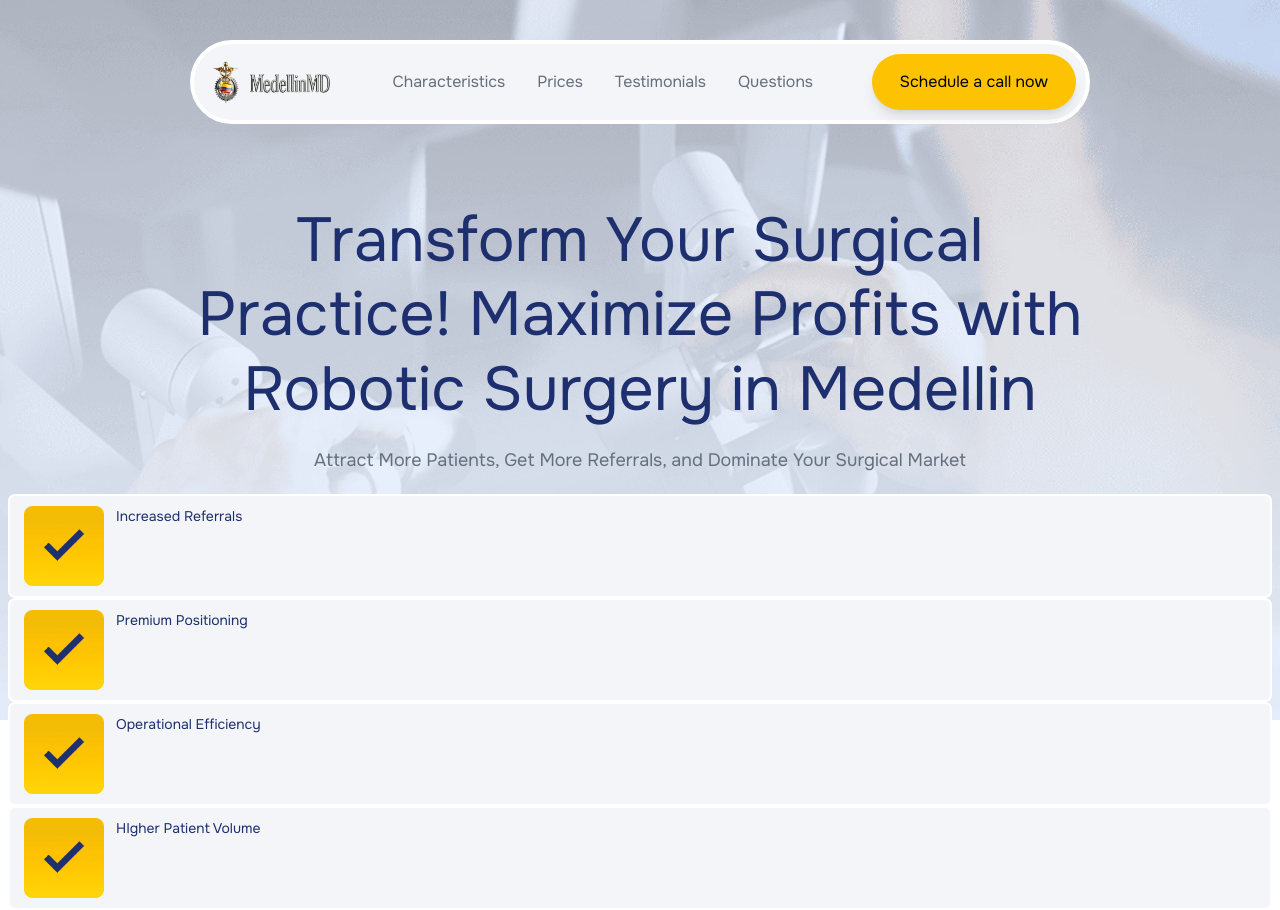
Repository: emmanueltech2019/cmd
Page: /home
An editor plug-in stored every save of this project. The page is shown before and after the next save, followed by the edit.
The browser window is 1280 px wide. The pictures show the whole page.
The project was rebuilt for these pictures with package versions that can differ from the ones it lists, and the page was loaded fresh each time. The framework's server and built-in components were replaced by stand-ins that run in the browser. Also part of the build but not shown: next.config.mjs.

Above is the page before, as saved 2025-05-15 16:14:16.

### src/app/home/page.jsx
import React from 'react'
import Image from 'next/image'
import medellinHero from '@/images/jpg/medellinHero.jpg'
import medellinLogo from '@/images/png/medellinLogo.png'
import medellinCheck from '@/images/png/medellinCheck.png'
import SlideView from '../components/SlideView'
import Button from '../components/Button'

const page = () => {
  return (
    <>
        <div className={`h-screen w-full`}
            style={{
                backgroundImage: `url(${medellinHero.src})`,
                backgroundSize: 'cover',
                backgroundPosition: 'center',
                backgroundRepeat: 'no-repeat',
            }}
        >
            <nav className='py-5'>
                <div className="w-web-navwidth mx-auto bg-web-navwhite backdrop-blur-md p-web-nav-padding flex justify-between items-center rounded-web-radius border-white border-4 my-5">
                    <div className="w-web-logowidth h-web-logoheight flex justify-center items-center">
                        <Image src={medellinLogo} width={100} height={100} alt='medellin logo' className='w-full' />
                    </div>
                    <ul className="flex gap-web-navgap items-center text-navfontsize">
                        <li>
                            <button className='p-web-nav-padding bg-transparent hover:bg-web-blue text-web-navgray hover:text-white transition-all duration-500 rounded-web-navbtnradius'>Characteristics</button>
                        </li>
                        <li>
                            <button className='p-web-nav-padding bg-transparent hover:bg-web-blue text-web-navgray hover:text-white transition-all duration-500 rounded-web-navbtnradius'>Prices</button>
                        </li>
                        <li>
                            <button className='p-web-nav-padding bg-transparent hover:bg-web-blue text-web-navgray hover:text-white transition-all duration-500 rounded-web-navbtnradius'>Testimonials</button>
                        </li>
                        <li>
                            <button className='p-web-nav-padding bg-transparent hover:bg-web-blue text-web-navgray hover:text-white transition-all duration-500 rounded-web-navbtnradius'>Questions</button>
                        </li>
                    </ul>
                    <Button className='bg-web-yellow hover:bg-web-blue py-4 px-7 transition-all duration-500 hover:text-white shadow-lg rounded-web-radius'>Schedule a call now</Button>
                </div>
            </nav>
            <div className="mt-10 w-[100%] md:w-[70%] mx-auto">
                <h1 className="text-center text-web-blue text-webhero-font leading-webhero-lineheight">Transform Your Surgical Practice! Maximize Profits with Robotic Surgery in Medellin</h1>
                <p className='text-websubhero-font text-web-navgray text-center py-5'>Attract More Patients, Get More Referrals, and Dominate Your Surgical Market</p>
            </div>
            <div className="whitespace-nowrap">
                <SlideView>
                    <div className="flex gap-3">
                        <Image src={medellinCheck} alt='medellin check' width={100} height={100} className='w-20' />
                        Increased Referrals
                    </div>
                </SlideView>
                <SlideView>
                    <div className="flex gap-3">
                        <Image className='w-20' src={medellinCheck} alt='medellin check' width={100} height={100} />
                        Premium Positioning
                    </div>
                </SlideView>
                <SlideView>
                    <div className="flex gap-3">
                        <Image className='w-20' src={medellinCheck} alt='medellin check' width={100} height={100} />
                        Operational Efficiency
                    </div>
                </SlideView>
                <SlideView>
                    <div className="flex gap-3">
                        <Image className='w-20' src={medellinCheck} alt='medellin check' width={100} height={100} />
                        HIgher Patient Volume
                    </div>
                </SlideView>
            </div>
        </div>
    </>
  )
}

export default page

### src/app/globals.css
@import url('https://fonts.googleapis.com/css2?family=Onest:wght@100..900&family=Poppins:ital,wght@0,100;0,200;0,300;0,400;0,500;0,600;0,700;0,800;0,900;1,100;1,200;1,300;1,400;1,500;1,600;1,700;1,800;1,900&display=swap');

*{
  font-family: "Onest", sans-serif;
}

@tailwind base;
@tailwind components;
@tailwind utilities;

@font-face {
  font-family: 'Onset';
  src: url('/src/fonts/Onest-VariableFont_wght.ttf') format('truetype');
  font-weight: 400;
  font-style: normal;
  font-display: swap; /* recommended for better performance */
}

### src/app/components/SlideView.jsx
import React from 'react'

const slideview = ({ children }) => {
  return (
    <div className='p-web-heroslideview bg-web-navwhite border-white border-2 rounded-web-heroslideradius text-web-navfontsize text-web-blue mx-2 flex-shrink-0'>{children}</div>
  )
}

export default slideview

### src/app/components/button.jsx
import React from 'react'

const button = ({children}) => {
  return (
    <button className='bg-web-yellow hover:bg-web-blue py-4 px-7 transition-all duration-500 hover:text-white shadow-lg rounded-web-radius'>{children}</button>
  )
}

export default button

### tailwind.config.js
/** @type {import('tailwindcss').Config} */
export default {
  content: [
    "./index.html",
    "./src/**/*.{js,ts,jsx,tsx}",
  ],
  theme: {
    extend: {
      colors: {
        'web-blue': '#1d2f6f',
        'web-yellow': '#fdc201',
        'web-navwhite': '#f3f5f8',
        'web-navgray': '#646e7d',
      },
      boxShadow: {
        'web-shadow': '#abcbff08 0px 0.602187px 2.28831px 0px,'
      },
      padding: {
        'web-btn-padding': '16px 28px',
        'web-nav-padding': '10px',
        'web-heroslideview': '10px 14px'
      },
      lineHeight: {
        'webhero-lineheight': '74.4px'
      },
      fontSize: {
        'webhero-font': '62px',
        'websubhero-font': '18px',
        'web-navfontsize': '14px'
      },
      width: {
        'web-navwidth': '900px',
        'web-logowidth': '130px',
      },
      height: {
        'web-navheight': '76px',
        'web-logoheight': '56px'
      },
      borderRadius: {
        'web-radius': '99px',
        'web-navbtnradius': '8px',
        'web-heroslideradius': '7px'
      },
      gap: {
        'web-navgap': '12px'
      },
      fontFamily: {
        myFont: ['Onset']
      }
    },
  },
  plugins: [],
}

Loaded but not shown: src/app/layout.jsx (common file)

After the next save:
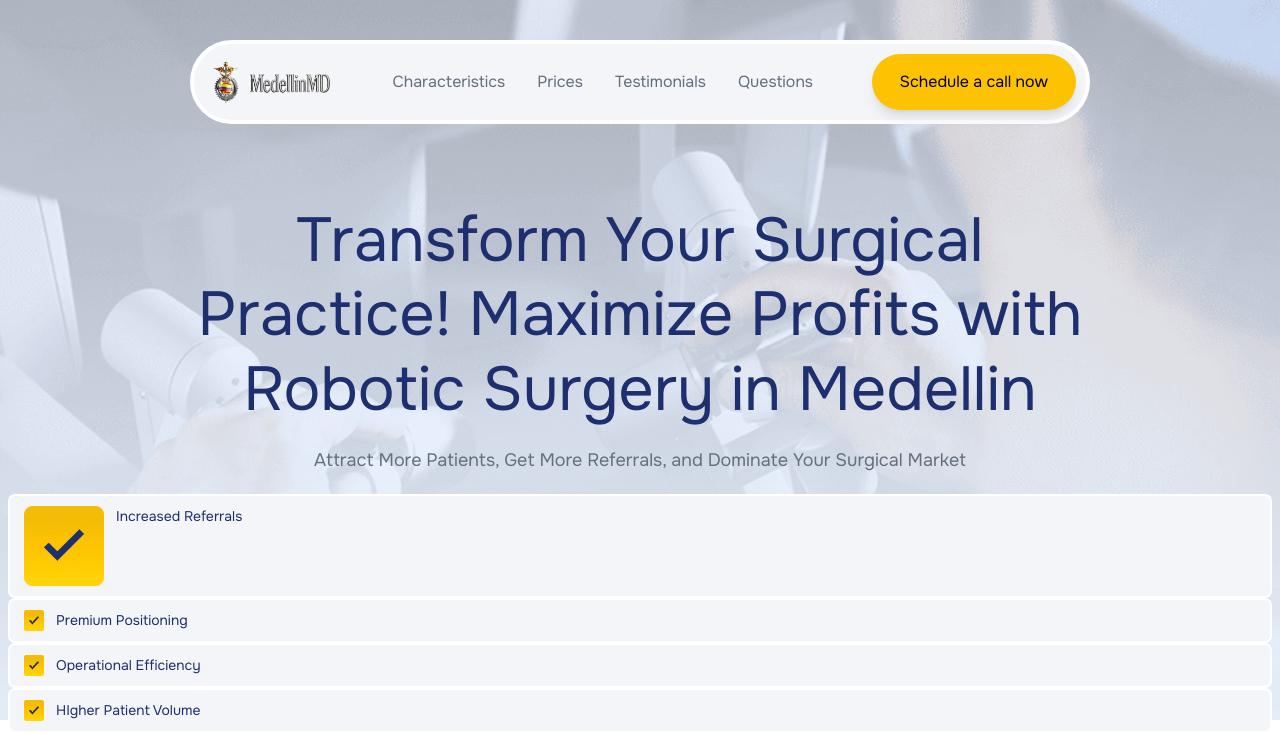
Saved 11 s later.
--- a/src/app/home/page.jsx
+++ b/src/app/home/page.jsx
@@ -52,19 +52,19 @@ const page = () => {
                 </SlideView>
                 <SlideView>
                     <div className="flex gap-3">
-                        <Image className='w-20' src={medellinCheck} alt='medellin check' width={100} height={100} />
+                        <Image className='w-5' src={medellinCheck} alt='medellin check' width={100} height={100} />
                         Premium Positioning
                     </div>
                 </SlideView>
                 <SlideView>
                     <div className="flex gap-3">
-                        <Image className='w-20' src={medellinCheck} alt='medellin check' width={100} height={100} />
+                        <Image className='w-5' src={medellinCheck} alt='medellin check' width={100} height={100} />
                         Operational Efficiency
                     </div>
                 </SlideView>
                 <SlideView>
                     <div className="flex gap-3">
-                        <Image className='w-20' src={medellinCheck} alt='medellin check' width={100} height={100} />
+                        <Image className='w-5' src={medellinCheck} alt='medellin check' width={100} height={100} />
                         HIgher Patient Volume
                     </div>
                 </SlideView>
